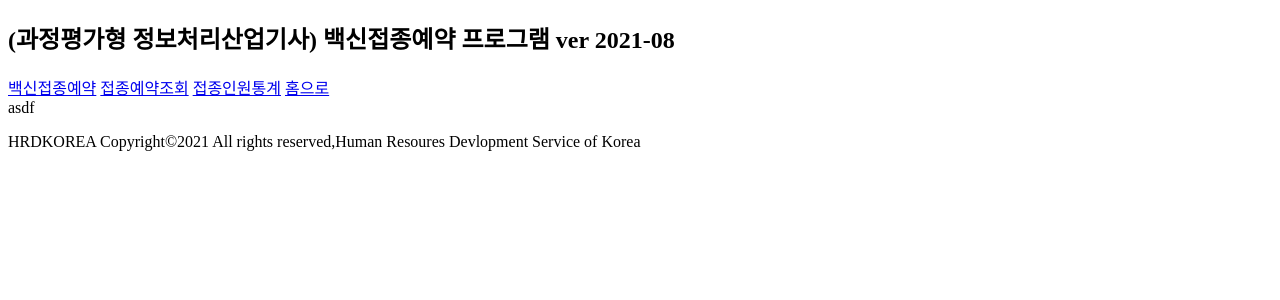
Repository: functional-Kimgyutae/IndustrialEngineerInformationProcessing
Page: http://localhost/HRD_30606/
The author's editor kept a copy of each file at every save. The page is drawn from the files as they stood at one save, then again after the next save.
The browser window is 1280 px wide. The pictures show the whole page.
The page is served by Tomcat 9. Other server files are loaded and not shown.

Above is the page before, as saved 2022-04-26 00:36:56.

### HRDKOREA/HRD_30606/WebContent/index.jsp
<%@ page language="java" contentType="text/html; charset=UTF-8"
    pageEncoding="UTF-8"%>

    <%@include file="header.jsp" %>

    <section>
    asdf
    </section>
    <%@include file="footer.jsp" %>

### HRDKOREA/HRD_30606/WebContent/header.jsp
<%@ page language="java" contentType="text/html; charset=UTF-8"
    pageEncoding="UTF-8"%>
<!DOCTYPE html>
<html>
<head>
<meta charset="UTF-8">
<title>Insert title here</title>
</head>
<body>
<header>
	<h2>(과정평가형 정보처리산업기사) 백신접종예약 프로그램 ver 2021-08</h2>
</header>
<nav>
	<a href="#">백신접종예약</a>
	<a href="#">접종예약조회</a>
	<a href="#">접종인원통계</a>
	<a href="#">홈으로</a>
</nav>

### HRDKOREA/HRD_30606/WebContent/footer.jsp
<%@ page language="java" contentType="text/html; charset=UTF-8"
    pageEncoding="UTF-8"%>

<footer>
	<p>HRDKOREA Copyright&copy;2021 All rights reserved,Human Resoures Devlopment Service of Korea</p>
</footer>
</body>
</html>

After the next save:
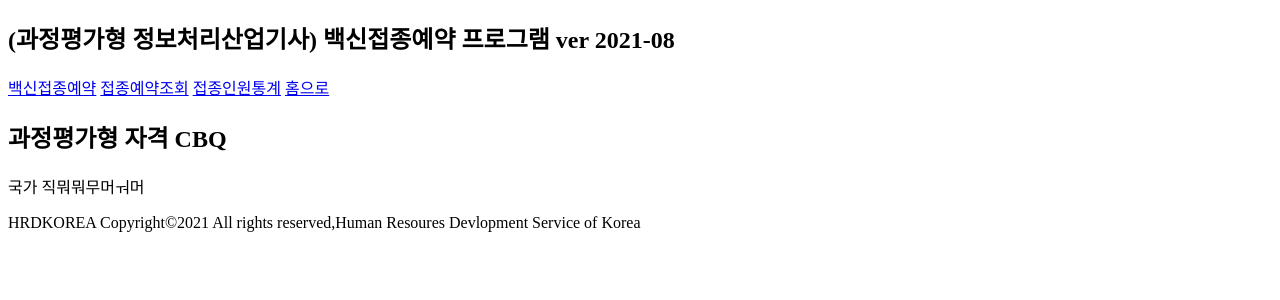
Saved 101 s later.
--- a/HRDKOREA/HRD_30606/WebContent/index.jsp
+++ b/HRDKOREA/HRD_30606/WebContent/index.jsp
@@ -1,9 +1,14 @@
 <%@ page language="java" contentType="text/html; charset=UTF-8"
     pageEncoding="UTF-8"%>
 
-    <%@include file="header.jsp" %>
+<%@include file="header.jsp" %>
 
-    <section>
-    asdf
-    </section>
-    <%@include file="footer.jsp" %>
+<section>
+	<h2>과정평가형 자격 CBQ</h2>
+	<p>
+		국가 직뭐뭐무머ㅝ머
+	</p>
+
+</section>
+
+<%@include file="footer.jsp" %>
